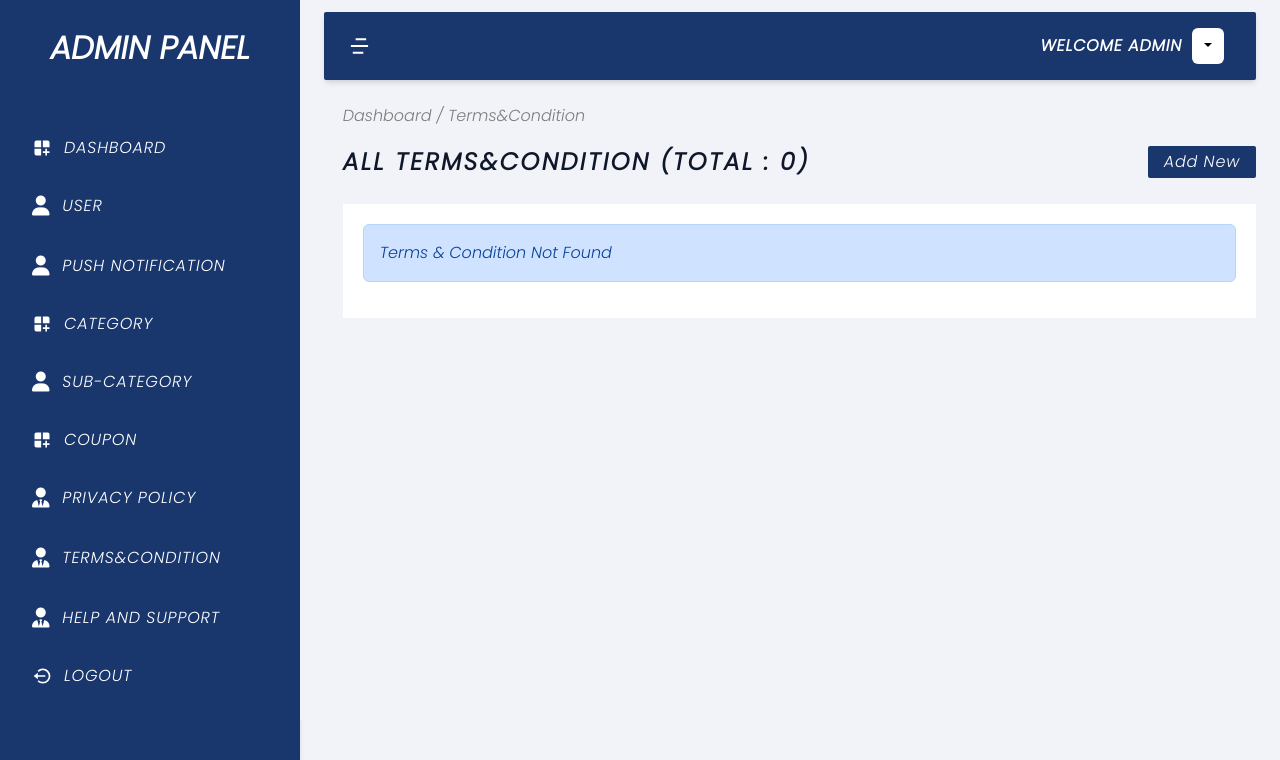
Repository: arpanmalik/project-khanna
Page: /terms
These files come from the project's save history. The page is drawn as it stood at one moment and after a run of saves; the edit follows.
The browser window is 1280 px wide. The pictures show the whole page.
Pictures or frames that could not be fetched are drawn as grey boxes. The page's requests for data from a server got no answer. Some web libraries are served in a nearby version. The project was rebuilt for these pictures with package versions that can differ from the ones it lists, and the page was loaded fresh each time. No one was signed in, and anything a server would have sent is missing. Also part of the build but not shown: src/E-CommerceAdmin/forms/Login.jsx, src/E-CommerceAdmin/pages/Dashboard.jsx, src/E-CommerceAdmin/pages/ECategory.js, src/E-CommerceAdmin/pages/EProduct.js, src/E-CommerceAdmin/pages/EVendorList.js, src/E-CommerceAdmin/pages/EAdminOrders.js, src/E-CommerceAdmin/pages/EAdminProduct.js, src/E-CommerceAdmin/pages/EAdminDelivery.js and 11 more. Imported but missing from the stored project, and not drawn on this page: src/E-CommerceAdmin/pages/Component/SpinnerComp, src/E-CommerceVendor/forms/EVendorLogin, src/E-CommerceVendor/pages/EVCategory, src/E-CommerceVendor/pages/EVCoupon, src/E-CommerceVendor/pages/EVDashboard, src/E-CommerceVendor/pages/EVOrders, src/E-CommerceVendor/pages/EVProduct, src/E-CommerceVendor/pages/EVSubCategory.

Above is the page before, as saved 2023-05-16 16:08:10.

After the next 5 saves:
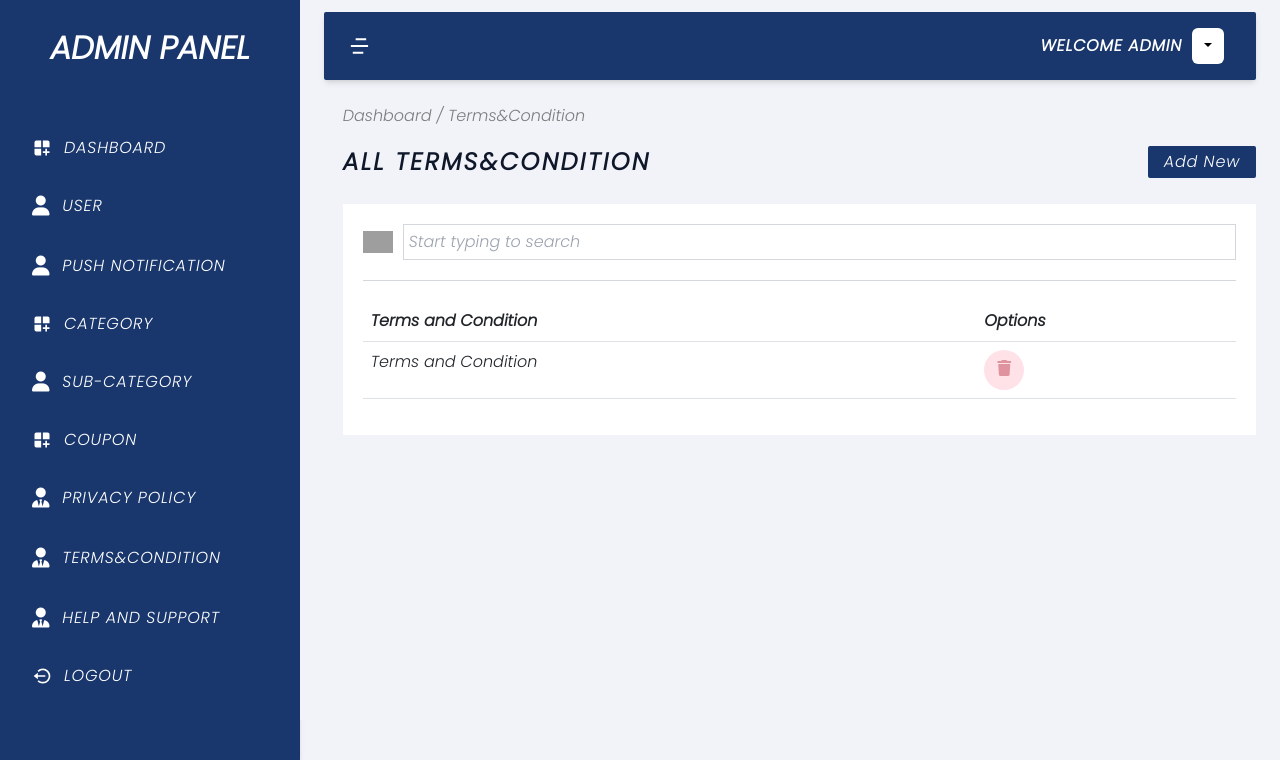
The 5 saves are shown as one change because they came seconds apart.
The last was saved 15 s later.
--- a/src/E-CommerceAdmin/pages/Terms.js
+++ b/src/E-CommerceAdmin/pages/Terms.js
@@ -151,7 +151,7 @@ const Terms = () => {
             className="tracking-widest text-slate-900 font-semibold uppercase"
             style={{ fontSize: "1.5rem" }}
           >
-            All Terms&Condition (Total : {data?.length})
+            All Terms&Condition
           </span>
           <button
             onClick={() => {
@@ -164,12 +164,7 @@ const Terms = () => {
         </div>
 
         <section className="sectionCont">
-          {data?.length === 0 || !data  ?
-          <Alert>Terms & Condition Not Found</Alert>
-
-          :
-          <>
-              {/* Filter */}
+
               <div className="filterBox">
               <img
                 src="https://t4.ftcdn.net/jpg/01/41/97/61/360_F_141976137_kQrdYIvfn3e0RT1EWbZOmQciOKLMgCwG.jpg"
@@ -178,7 +173,6 @@ const Terms = () => {
               <input
                 type="search"
                 placeholder="Start typing to search "
-                onChange={(e) => setQuery(e.target.value)}
               />
             </div>
           <div className="overFlowCont">
@@ -203,8 +197,6 @@ const Terms = () => {
             </Table>
           </div>
 
-          </>
-          }
 
 
         </section>
